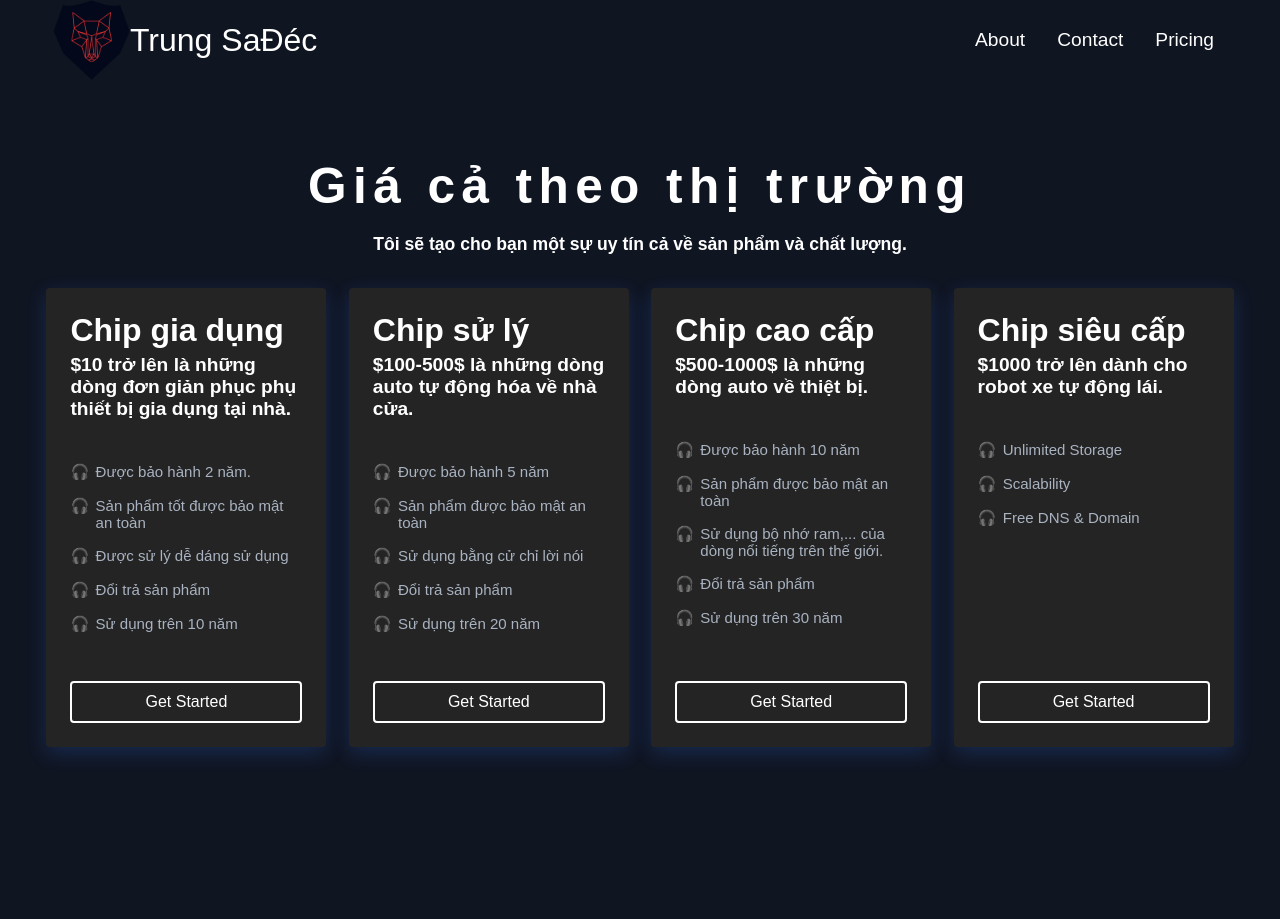
Repository: fdhhhdjd/Profile-Gift-B_H_Q_Trung
Page: /pricing
These files come from the project's save history. The page is drawn as it stood at one moment and after the next save; the edit follows.
The browser window is 1280 px wide. The pictures show the whole page.
The project was rebuilt for these pictures with package versions that can differ from the ones it lists, and the page was loaded fresh each time. Also part of the build but not shown: src/App.css, src/Pages/Home.js, src/Styles/HeroStyles.js, src/Components/Hero.js. Imported but missing from the stored project, and not drawn on this page: src/Pages/SignUpPage.

Above is the page before, as saved 2021-10-28 17:06:47.

### src/App.js
import logo from "./logo.svg";
import "./App.css";
import { BrowserRouter as Router, Switch, Route } from "react-router-dom";
import { Home, Navbar, GlobalStyles, PricingPage } from "./Imports/Index";
function App() {
  return (
    <>
      <Router>
        <GlobalStyles />
        <Navbar />
        <Switch>
          <Route path="/" exact component={Home} />
          <Route path="/pricing" exact component={PricingPage} />
        </Switch>
      </Router>
    </>
  );
}

export default App;

### src/Imports/Index.js
export { default as Home } from "../Pages/Home";
export { default as PricingPage } from "../Pages/PricingPage";
export { default as SignUpPage } from "../Pages/SignUpPage";
export { default as Navbar } from "../Components/Navbar";
export { default as GlobalStyles } from "../Styles/GlobalStyles";
export { default as Hero } from "../Components/Hero";

### src/Pages/PricingPage.js
import React from "react";
import { Button, Heading, TextWrapper } from "../Styles/GlobalStyles";
import { IconContext } from "react-icons/lib";
import {
  PricingSection,
  PricingWrapper,
  PricingContainer,
  PricingCardInfo,
  PricingCardPlan,
  PricingCardCost,
  PricingCardFeatures,
  PricingCardText,
  PricingCardFeature,
  PricingCard,
} from "../Styles/PricingStyles";
import { pricingData } from "../Data/PricingData";
const PricingPage = () => {
  return (
    <>
      <IconContext.Provider value={{ color: "#a9b3c1", size: "1rem" }}>
        <PricingSection id="pricing">
          <PricingWrapper>
            <Heading>Giá cả theo thị trường</Heading>

            <TextWrapper
              mb="1.4rem"
              weight="600"
              size="1.1rem"
              color="white"
              align="center"
            >
              <br />
              Tôi sẽ tạo cho bạn một sự uy tín cả về sản phẩm và chất lượng.
            </TextWrapper>
            <PricingContainer>
              {pricingData.map((card, index) => (
                <PricingCard key={index}>
                  <PricingCardInfo>
                    <PricingCardPlan>{card.title}</PricingCardPlan>
                    <PricingCardCost>{card.price}</PricingCardCost>
                    <PricingCardText>{card.description}</PricingCardText>
                    <PricingCardFeatures>
                      {card.features.map((feature, index) => (
                        <PricingCardFeature key={index}>
                          {feature}
                        </PricingCardFeature>
                      ))}
                    </PricingCardFeatures>
                    <Button>Get Started</Button>
                  </PricingCardInfo>
                </PricingCard>
              ))}
            </PricingContainer>
          </PricingWrapper>
        </PricingSection>
      </IconContext.Provider>
    </>
  );
};

export default PricingPage;

### src/Components/Navbar.js
import React, { useState } from "react";
import { data } from "../Data/NavbarData";
import { FaRProject, FaTimes } from "react-icons/fa";
import { CgMenuRight } from "react-icons/cg";
import { IconContext } from "react-icons";
import { useLocation, useHistory } from "react-router-dom";
import {
  Nav,
  NavbarContainer,
  NavIcon,
  NavLogo,
  MobileIcon,
  NavMenu,
  NavItem,
  NavLinks,
} from "../Styles/NavbarStyles";
const Navbar = () => {
  const [show, setShow] = useState(false);
  let history = useHistory();
  let location = useLocation();
  const handleClick = () => {
    setShow(!show);
  };
  const scrollTo = (id) => {
    const element = document.getElementById(id);

    element.scrollIntoView({
      behavior: "smooth",
    });
  };
  const closeMobileMenu = (to, id) => {
    if (id && location.pathname === "/") {
      scrollTo(id);
    }

    history.push(to);
    setShow(false);
  };

  return (
    <>
      <IconContext.Provider value={{ color: "#fff" }}>
        <Nav>
          <NavbarContainer>
            <NavLogo to="/">
              <NavIcon src="./assets/logo2.png" alt="logo" />
              Trung&nbsp;SaĐéc
            </NavLogo>
            <MobileIcon onClick={handleClick}>
              {show ? <FaTimes /> : <CgMenuRight />}
            </MobileIcon>
            <NavMenu show={show}>
              {data.map((el, index) => (
                <NavItem key={index}>
                  <NavLinks onClick={() => closeMobileMenu(el.to, el.id)}>
                    {el.title}
                  </NavLinks>
                </NavItem>
              ))}
            </NavMenu>
          </NavbarContainer>
        </Nav>
      </IconContext.Provider>
    </>
  );
};

export default Navbar;

### src/Styles/GlobalStyles.js
import styled, { createGlobalStyle } from "styled-components";

const GlobalStyle = createGlobalStyle`
  *{
    box-sizing: border-box;
  margin: 0;
  padding: 0;
  font-family: 'Montserrat', sans-serif;
  }
`;

export const Container = styled.div`
  width: 100%;
  max-width: 1300px;
  margin-right: auto;
  margin-left: auto;
  padding: 0 50px;

  @media screen and (max-width: 960px) {
    padding: 0 30px;
  }
`;
export const MainHeading = styled.h1`
  font-size: clamp(2.3rem, 6vw, 4.5rem);
  margin-bottom: 2rem;
  color: ${({ inverse }) => (inverse ? "$403ae3" : "#fff")};
  width: 100%;
  letter-spacing: 4px;
  text-align: center;
`;

export const Heading = styled.h2`
  font-size: clamp(1.3rem, 13vw, 3.1rem);
  margin: ${({ margin }) => (margin ? margin : "")};
  margin-bottom: ${({ mb }) => (mb ? mb : "")};
  margin-top: ${({ mt }) => (mt ? mt : "")};
  color: ${({ inverse }) => (inverse ? "$403ae3" : "#fff")};
  letter-spacing: 0.4rem;
  line-height: 1.06;
  text-align: center;
  width: ${({ width }) => (width ? width : "100%")};
`;
export const TextWrapper = styled.span`
  color: ${({ color }) => (color ? color : "")};
  font-size: ${({ size }) => (size ? size : "")};
  font-weight: ${({ weight }) => (weight ? weight : "")};
  letter-spacing: ${({ spacing }) => (spacing ? spacing : "")};
  padding: ${({ padding }) => (padding ? padding : "")};
  margin: ${({ margin }) => (margin ? margin : "")};
  margin-bottom: ${({ mb }) => (mb ? mb : "")};
  margin-top: ${({ mt }) => (mt ? mt : "")};
`;
export const Section = styled.section`
  padding: ${({ padding }) => (padding ? padding : "140px 0")};
  margin: ${({ margin }) => (margin ? margin : "")};
  background: ${({ inverse }) => (inverse ? "white" : "#071c2f")};
  position: ${({ position }) => (position ? position : "")};
  width: ${({ width }) => (width ? width : "auto")};
  min-width: ${({ minWidth }) => (minWidth ? minWidth : "auto")};
  max-width: ${({ maxWidth }) => (maxWidth ? maxWidth : "auto")};
  height: ${({ height }) => (height ? height : "auto")};
  max-height: ${({ maxHeight }) => (maxHeight ? maxHeight : "auto")};
  min-height: ${({ minHeight }) => (minHeight ? minHeight : "auto")};

  @media screen and (max-width: 768px) {
    padding: ${({ smPadding }) => (smPadding ? smPadding : "70px 0")};
  }
`;

export const Row = styled.div`
  display: flex;
  justify-content: ${({ justify }) => (justify ? justify : "")};
  align-items: ${({ align }) => (align ? align : "")};
  gap: ${({ gap }) => (gap ? gap : "")};
  padding: ${({ padding }) => (padding ? padding : "")};
  margin: ${({ margin }) => (margin ? margin : "")};
  position: ${({ position }) => (position ? position : "")};
  width: ${({ width }) => (width ? width : "auto")};
  min-width: ${({ minWidth }) => (minWidth ? minWidth : "auto")};
  max-width: ${({ maxWidth }) => (maxWidth ? maxWidth : "auto")};
  height: ${({ height }) => (height ? height : "auto")};
  max-height: ${({ maxHeight }) => (maxHeight ? maxHeight : "auto")};
  min-height: ${({ minHeight }) => (minHeight ? minHeight : "auto")};
  flex-wrap: ${({ wrap }) => (wrap ? wrap : "")};
`;

export const Column = styled.div`
  display: flex;
  flex-direction: column;
  justify-content: ${({ justify }) => (justify ? justify : "")};
  align-items: ${({ align }) => (align ? align : "")};
  gap: ${({ gap }) => (gap ? gap : "")};
  padding: ${({ padding }) => (padding ? padding : "")};
  margin: ${({ margin }) => (margin ? margin : "")};
  position: ${({ position }) => (position ? position : "")};
  width: ${({ width }) => (width ? width : "auto")};
  min-width: ${({ minWidth }) => (minWidth ? minWidth : "auto")};
  max-width: ${({ maxWidth }) => (maxWidth ? maxWidth : "auto")};
  height: ${({ height }) => (height ? height : "auto")};
  max-height: ${({ maxHeight }) => (maxHeight ? maxHeight : "auto")};
  min-height: ${({ minHeight }) => (minHeight ? minHeight : "auto")};
`;

export const Button = styled.button`
  border-radius: 4px;
  background: none;
  white-space: nowrap;
  padding: 10px 20px;
  font-size: 16px;
  color: #fff;
  outline: none;
  border: 2px solid #fff;
  cursor: pointer;
  overflow: hidden;
  position: relative;

  &:before {
    background: #fff;
    content: "";
    position: absolute;
    top: 50%;
    left: 50%;
    transform: translate(-50%, -50%);
    z-index: -1;
    transition: all 0.6s ease;
    width: 100%;
    height: 0%;
    transform: translate(-50%, -50%) rotate(45deg);
  }

  &:hover:before {
    height: 500%;
  }

  &:hover {
    color: black;
  }
`;

export default GlobalStyle;

### src/Styles/PricingStyles.js
import styled from "styled-components";

export const PricingSection = styled.div`
  padding: 160px 0;
  display: flex;
  flex-direction: column;
  justify-content: center;
  background: #101522;
`;

export const PricingWrapper = styled.div`
  display: flex;
  flex-direction: column;
  align-items: center;
  margin: 0 auto;

  @media screen and (max-width: 960px) {
    margin: 0 30px;
    display: flex;
    flex-direction: column;
    align-items: center;
  }
`;

export const PricingContainer = styled.div`
  display: flex;
  justify-content: center;
  flex-flow: wrap;
  > div {
    margin: 0.7rem;
  }

  @media screen and (max-width: 768px) {
    display: flex;
    flex-direction: column;
    justify-content: center;
    align-items: center;
    width: 100%;
    > div {
      width: 90%;
    }
  }
`;

export const PricingCard = styled.div`
  &:hover {
    transform: scale(1.06);
    transition: all 0.3s ease-out;
  }
`;

export const PricingCardInfo = styled.div`
  background: #242424;
  box-shadow: 0 6px 20px rgba(56, 125, 255, 0.2);
  width: 280px;
  text-decoration: none;
  border-radius: 4px;
  height: 100%;

  display: flex;
  flex-direction: column;
  padding: 24px;
  color: #fff;
  margin: auto;
  > button {
    margin-top: auto;

    &:hover {
      color: black;
      background: white;
      transition: background 0.3s ease;
    }
  }

  @media screen and (max-width: 768px) {
    width: 90%;

    &:hover {
      transform: none;
    }
  }
`;

export const PricingCardPlan = styled.h3`
  margin-bottom: 5px;
  font-size: 2rem;
`;

export const PricingCardCost = styled.h4`
  font-size: 1.2rem;
`;

export const PricingCardText = styled.p`
  font-size: 1.1rem;
  margin: 0.4rem 0 1.3rem;
  color: #a9b3c1;
`;

export const PricingCardFeatures = styled.ul`
  margin: 16px 0 32px;
  list-style: none;
  display: flex;
  flex-direction: column;
  color: #a9b3c1;
`;

export const PricingCardFeature = styled.li`
  margin-bottom: 1rem;
  display: flex;
  font-size: 0.94rem;

  &:before {
    content: "🎧";
    margin-right: 0.4rem;
  }
`;

### src/Data/PricingData.js
export const pricingData = [
  {
    title: "Chip gia dụng",
    price:
      "$10 trở lên là những dòng đơn giản phục phụ thiết bị gia dụng tại nhà.",
    features: [
      "Được bảo hành 2 năm.",
      "Sản phẩm tốt được bảo mật an toàn",
      "Được sử lý dễ dáng sử dụng",
      "Đổi trả sản phẩm",
      "Sử dụng trên 10 năm",
    ],
  },
  {
    title: "Chip sử lý ",
    price: "$100-500$ là những dòng auto tự động hóa về nhà cửa.",
    numAcc: "50-500 accounts",
    features: [
      "Được bảo hành 5 năm",
      "Sản phẩm được bảo mật an toàn",
      "Sử dụng bằng cử chỉ lời nói",
      "Đổi trả sản phẩm",
      "Sử dụng trên 20 năm",
    ],
  },
  {
    title: "Chip cao cấp ",
    price: "$500-1000$ là những dòng auto về thiệt bị. ",
    numAcc: "50-1000 accounts",
    features: [
      "Được bảo hành 10 năm",
      "Sản phẩm được bảo mật an toàn",
      "Sử dụng bộ nhớ ram,... của dòng nổi tiếng trên thế giới.",
      "Đổi trả sản phẩm",
      "Sử dụng trên 30 năm",
    ],
  },

  {
    title: "Chip siêu cấp",
    price: "$1000 trở lên dành cho robot xe tự động lái.",
    numAcc: "1000+ Accounts",
    features: ["Unlimited Storage", "Scalability", "Free DNS & Domain"],
  },
];

### src/Data/NavbarData.js
export const data = [
  {
    to: "/",
    title: "About",
    id: "about",
  },
  {
    to: "/signup",
    title: "Contact",
  },
  {
    to: "/pricing",
    title: "Pricing",
  },
];

### src/Styles/NavbarStyles.js
import styled from "styled-components";
import { Container } from "../Styles/GlobalStyles";
import { Link } from "react-router-dom";
export const Nav = styled.nav`
  background: transparent;
  margin-bottom: -80px;
  height: 80px;
  display: flex;
  justify-content: center;
  align-items: center;
  font-size: 1.2rem;
  position: absolute;
  top: 0;
  z-index: 50;
  width: 100%;

  transition: background-color 0.3s ease-in;
`;

export const NavbarContainer = styled(Container)`
  display: flex;
  justify-content: start;
  height: 80px;

  ${Container}
`;

export const NavLogo = styled(Link)`
  color: #fff;
  justify-self: flex-start;
  cursor: pointer;
  text-decoration: none;
  font-size: 2rem;
  display: flex;
  align-items: center;
  z-index: 50;
`;

export const NavIcon = styled.img`
  margin-right: 0, 5rem;
  width: 5rem;
`;

export const MobileIcon = styled.div`
  display: none;
  z-index: 50;

  @media screen and (max-width: 960px) {
    display: block;
    position: absolute;
    top: 0;
    right: 0;
    transform: translate(-100%, 60%);
    font-size: 1.8rem;
    cursor: pointer;
  }
`;

export const NavMenu = styled.ul`
  display: flex;
  align-items: center;
  list-style: none;
  text-align: center;
  width: 100%;

  @media screen and (max-width: 960px) {
    flex-direction: column;
    width: 100%;
    height: 100vh;
    position: fixed;
    padding-top: 30%;
    top: 0;
    left: 0;
    opacity: ${({ show }) => (show ? 1 : 0)};
    visibility: ${({ show }) => (show ? "visible" : "hidden")};
    transform: translateY(${({ show }) => (show ? "0" : "-10px")});
    transition: opacity 0.5s ease;
    background-color: #071c2f;
  }

  > li:first-child {
    margin-left: auto;
  }
`;

export const NavItem = styled.li`
  height: 80px;
  cursor: pointer;

  @media screen and (max-width: 960px) {
    width: 100%;

    &:hover {
      border: none;
    }
  }
`;

export const NavLinks = styled.span`
  color: #fff;
  display: flex;
  align-items: center;
  text-decoration: none;
  padding: 0.5rem 1rem;
  height: 100%;

  &:hover {
    color: #c8c9d8;
    transition: all 0.3s ease;
  }

  @media screen and (max-width: 960px) {
    text-align: center;
    padding: 2rem;
    width: 100%;
    display: table;

    &:hover {
      color: #4b59f7;
      transition: all 0.3s ease;
    }
  }
`;

export const NavBtnLink = styled(Link)`
  display: flex;
  justify-content: center;
  align-items: center;
  text-decoration: none;
  padding: 8px 16px;
  height: 100%;
  width: 100%;
  border: none;
  outline: none;
`;

Loaded but not shown: public/index.html (common file); src/index.js (common file); src/index.css (common file); src/reportWebVitals.js (common file)

After the next save:
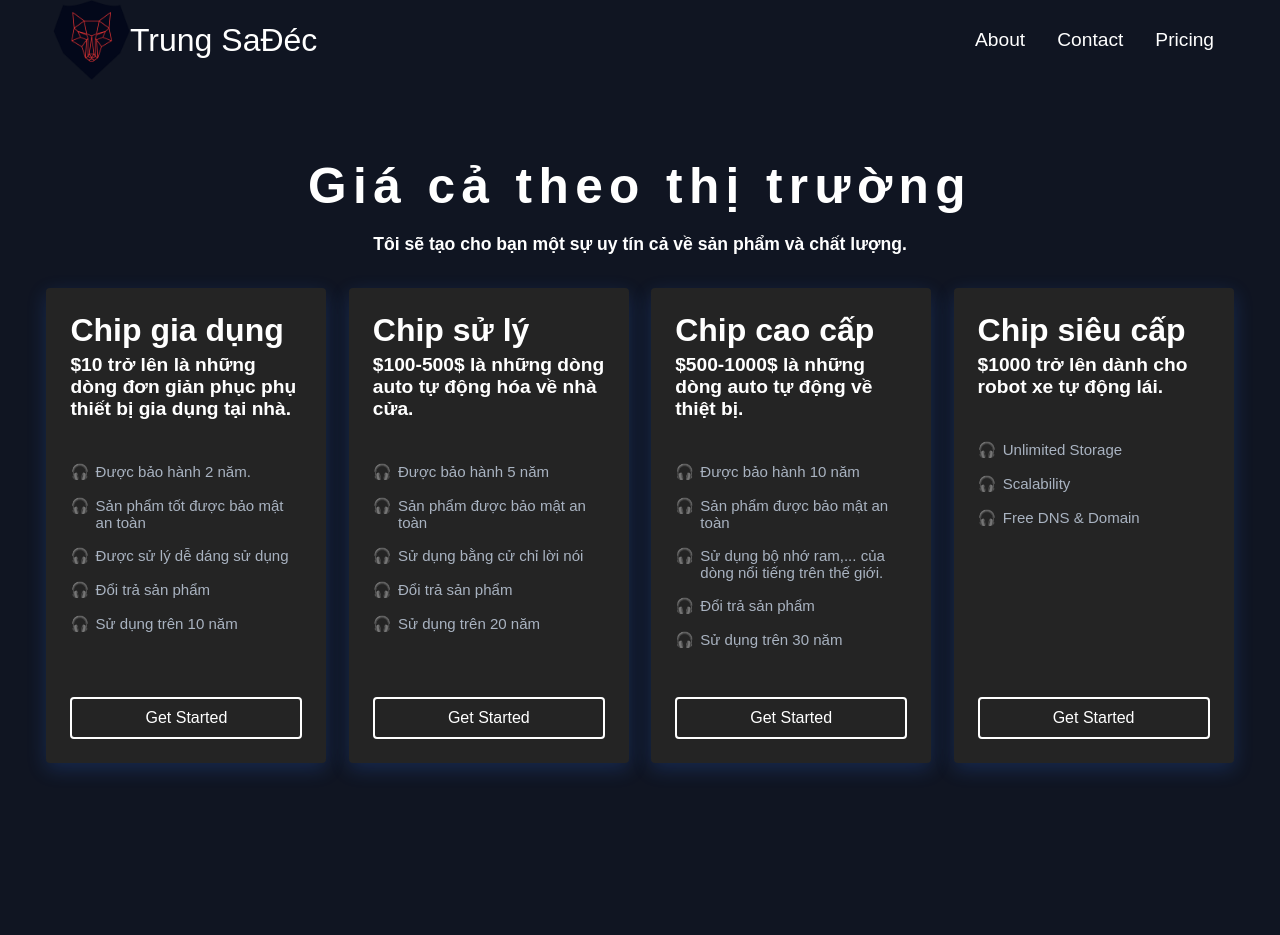
Saved 19 s later.
--- a/src/Data/PricingData.js
+++ b/src/Data/PricingData.js
@@ -25,7 +25,7 @@ export const pricingData = [
   },
   {
     title: "Chip cao cấp ",
-    price: "$500-1000$ là những dòng auto về thiệt bị. ",
+    price: "$500-1000$ là những dòng auto tự động về thiệt bị. ",
     numAcc: "50-1000 accounts",
     features: [
       "Được bảo hành 10 năm",
